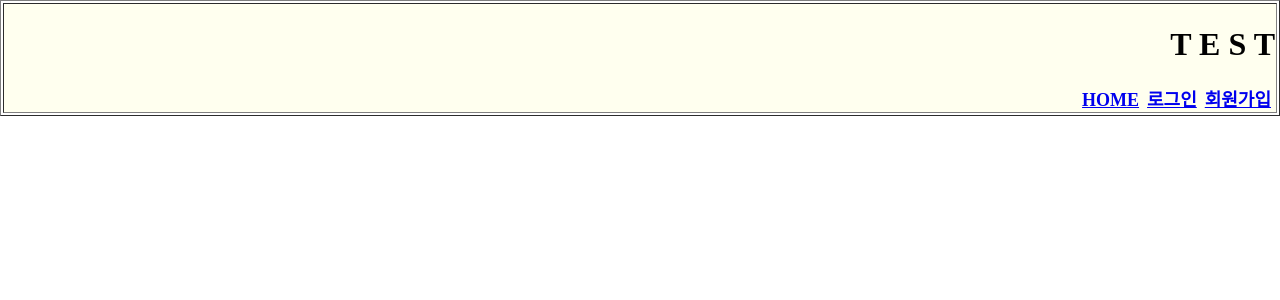
Repository: CHANGMAN-LEE/Java_ee
Page: workspace/test/WebContent/test/index.html
These files come from the project's save history. The page is drawn as it stood at one moment and after the next save; the edit follows.
The browser window is 1280 px wide. The pictures show the whole page.

Above is the page before, as saved 2020-07-09 05:51:04.

After the next save:
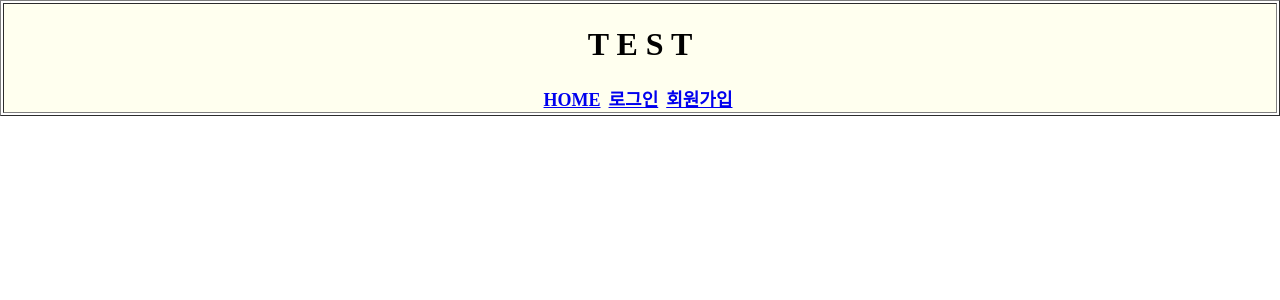
Saved 26 s later.
--- a/workspace/test/WebContent/test/index.html
+++ b/workspace/test/WebContent/test/index.html
@@ -7,8 +7,8 @@
 <body marginheight="0" marginwidth="0">
 <table style="width: 100%; height: 100%" border="1">
 	<tr height="100" colspan="2" align="center" style="background-color:#FFFFEBCD">
-		<td align="right">
-			<h1>T E S T                                         </h1>
+		<td align="center">
+			<h1>T E S T</h1>
 			<a href="../test/index.html"><font size="4"><strong>HOME</strong></font></a>&nbsp;
 			<a href="../test/loginForm.jsp"><font size="4"><strong>로그인</strong></font></a>&nbsp;
 			<a href="../test/writeForm.jsp"><font size="4"><strong>회원가입</strong></font></a>&nbsp;
